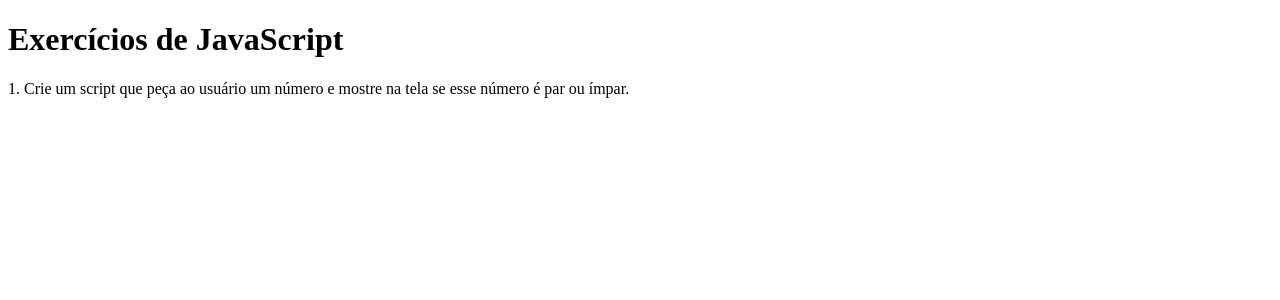
Repository: Anajaraa/atividadeJS
Page: index.html
The author's editor kept a copy of each file at every save. The page is drawn from the files as they stood at one save, then again after the next save.
The browser window is 1280 px wide. The pictures show the whole page.

Above is the page before, as saved 2025-08-05 09:09:13.

After the next save:
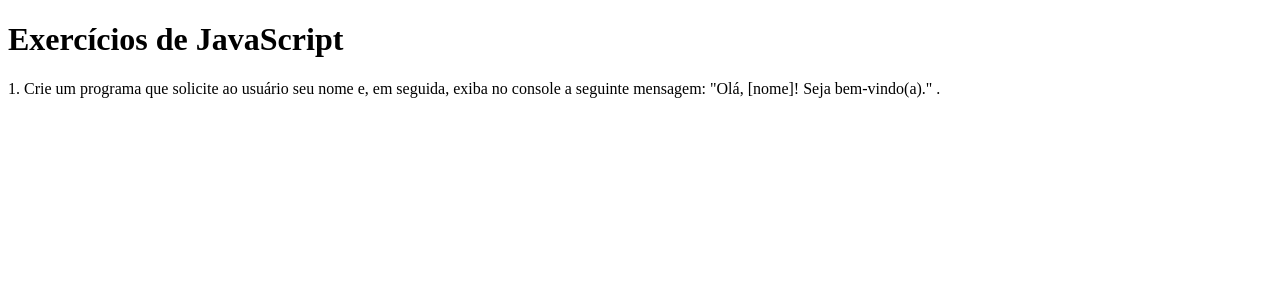
Saved 24 s later.
--- a/index.html
+++ b/index.html
@@ -7,6 +7,8 @@
 </head>
 <body>
     <h1>Exercícios de JavaScript</h1>
-    <p>1. Crie um script que peça ao usuário um número e mostre na tela se esse número é par ou ímpar.</p>
+    <p>1. Crie um programa que solicite ao usuário seu nome e, em seguida, exiba no console a seguinte mensagem:
+     "Olá, [nome]! Seja bem-vindo(a)."
+    .</p>
 </body>
 </html>
